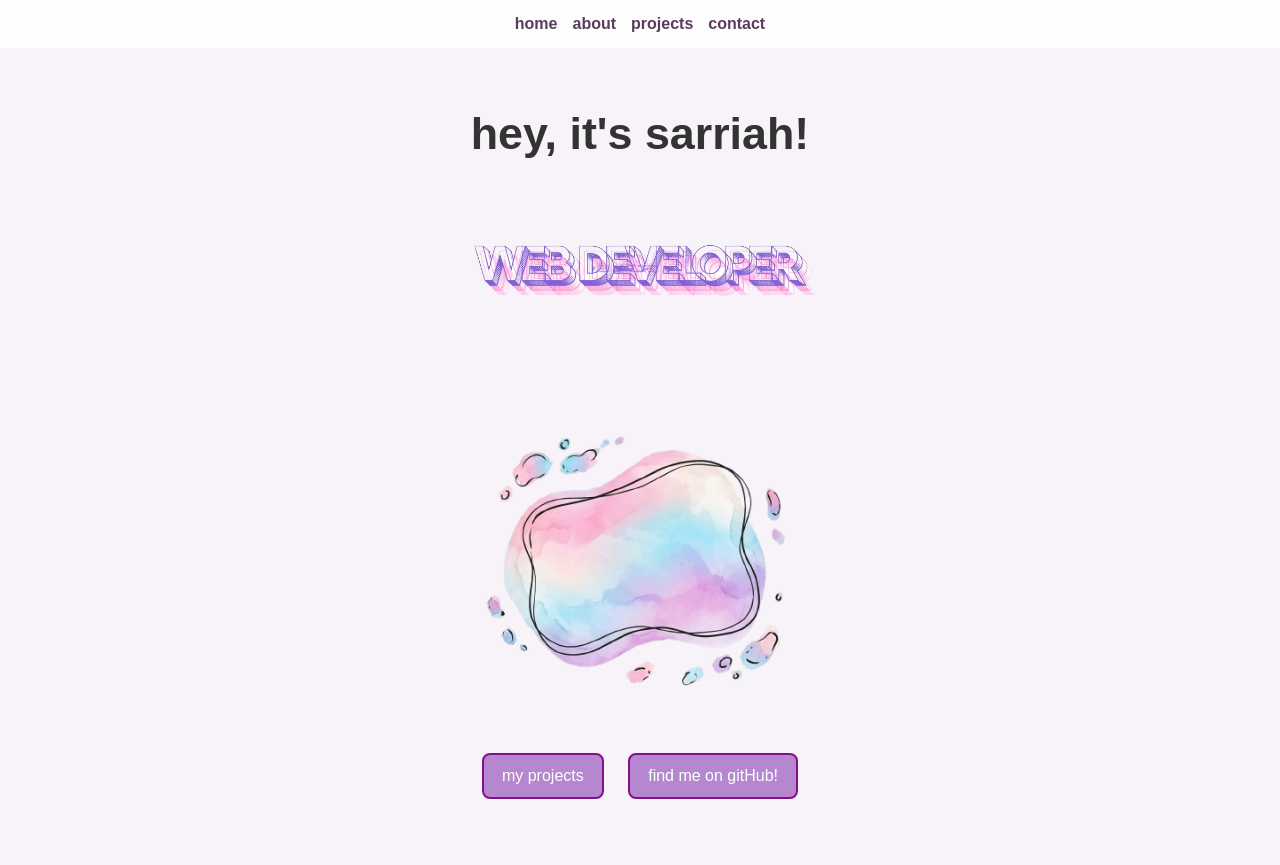
Repository: sarriah/sarriah
Page: index.html
An editor plug-in stored every save of this project. The page is shown before and after the next save, followed by the edit.
The browser window is 1280 px wide. The pictures show the whole page.

Above is the page before, as saved 2026-05-08 14:50:43.

### index.html
<!DOCTYPE html>
<html lang="en">
<head>
    <meta charset="UTF-8">
    <meta name="viewport" content="width=device-width, initial-scale=1.0">
    <title>sarriah's portfolio</title>

    <!-- CSS file link ) -->
    <link rel="stylesheet" href="styles/index.css">
</head>

<body>

    <nav>
        <!-- nav is good but fixing links later so they go to real sections instead of README PLUS fixing CSS-->
        <a class="navBar" href="README.md">home</a>
        <a class="navBar" href="README.md">about</a>
        <a class="navBar" href="README.md">projects</a>
        <a class="navBar" href="README.md">contact</a>
    </nav>

    <header>

        <h1 class="hey">hey, it's sarriah!</h1>

        <img class="webdev" src="../../assets/WEBDEV2.png" alt="web development icon">

        <!-- later you might want to style this differently so it doesn’t sit right (css issue)-->
        <img class="splash" src="../../assets/thankyouGEMINI.png" alt="abstract blob design">

        <!-- addign my picture ontop of the splash-->

        <!-- buttons are good but later i might want them inside a container or smt  for better layout control -->
        <button>my projects</button>
        <button>find me on gitHub!</button>
    </header>

    <main>
        <!-- content should eventually go here -->
        <p></p>
    </main>

    <footer>
        <!-- footer is fine but currently empty— could add smt small later -->
        <p></p>
    </footer>

</body>
</html>

### styles/index.css

/* doing mobile design FIRST because of issues with responsive design i think this will be better*/
body {
    margin: 0;
    font-family:  Arial, Verdana, sans-serif;
    background: #f7f3f9;
    color: #333;
    text-align: center;

       /* later i might switch to centered layout for a portfolio look */
}



.splash {

    width: 90%;
    max-width: 500px;
    margin: 20px auto;
    display: block;
    opacity: 0.9;
    /*using block display lets them sit less awkwardly */

}



.hey {
    font-size: 2.2em;
    margin: 20px 0;

     /* moved from left to center *//
}



.webdev {
    width: 80%;
    max-width: 300px;
    margin: 20px auto;
    display: block;

    /* max width instead of min width */
}



/* using nav tag instead of navBar class for formatting*/
nav {
    display: flex;
    justify-content: center;
    gap: 15px;
    padding: 15px;
    background: #ffffffcc;
    backdrop-filter: blur(5px);
    position: sticky;
    top: 0;
}

.navBar { /* the class is for the design not the formatting */
    text-decoration: none;
    color: #5a3d5c;
    font-weight: bold;
    font-size: 16px;
}


.navBar:hover {
    color: #b587cf;
}


header {
    padding: 40px 20px;
}


button { /* so those b1 and b2 classes from earlier were useless i forgot we could just use the selector lol*/
    background-color: #b587cf;
    border-width: 2px; /* modifying border using these 3 different border properties */
    border-style: solid;
    border-color: rgb(130, 15, 141);
    color: white;
    padding: 12px 18px;
    font-size: 16px;
    margin: 10px;
    border-radius: 8px;
    cursor: pointer;
    transition: 0.2s ease;
}

button:hover {
    background-color: #9f6fc0;
    transform: translateY(-2px);
}



/* new responsive design chrome dev tools tested lol */
/* Tablet  */
@media (min-width: 600px) {

    .hey {
        font-size: 2.8em;
    }

    .webdev {
        max-width: 350px;
    }
}

/* Desktop  */
@media (min-width: 900px) {

    header {
        max-width: 900px;
        margin: 0 auto;
    }

    .splash {
        max-width: 600px;
    }
}

After the next save:
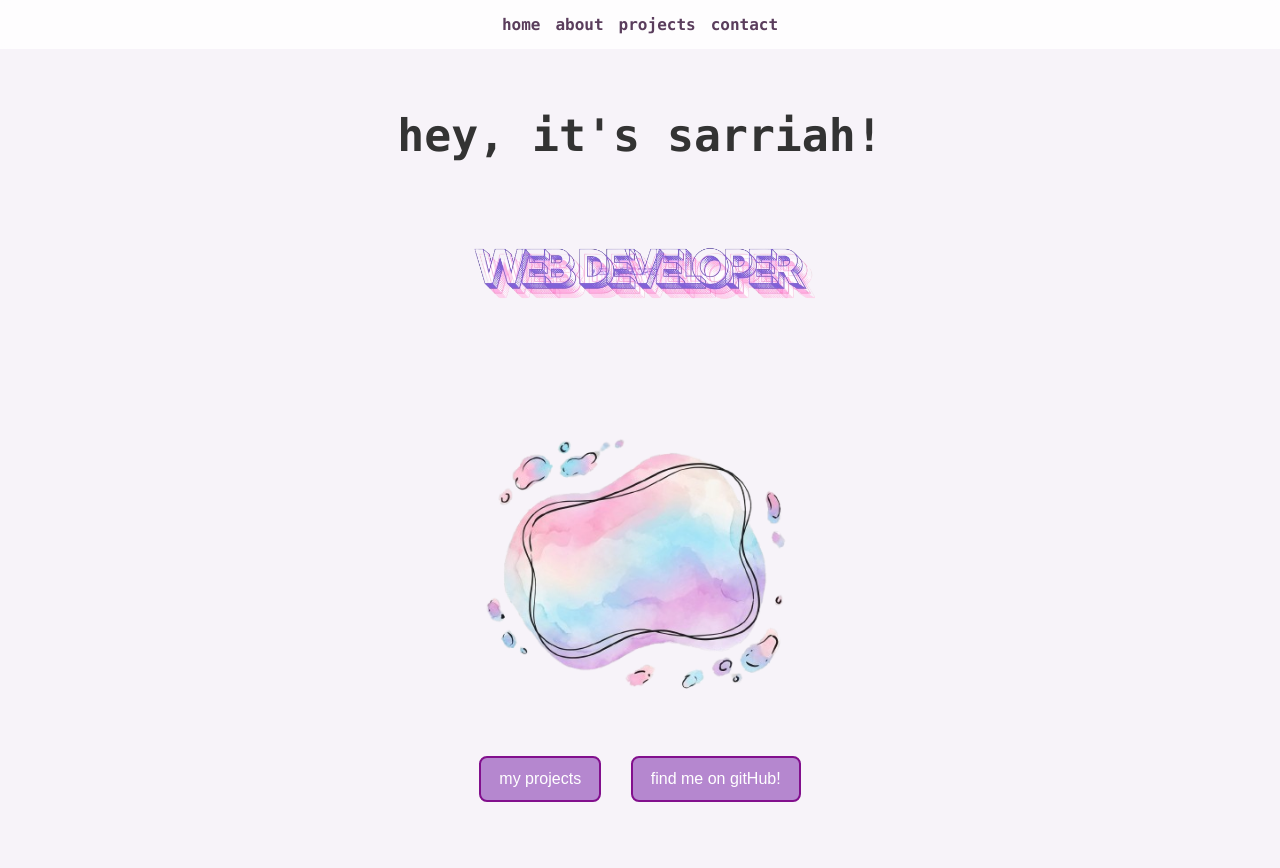
Saved 102 s later.
--- a/styles/index.css
+++ b/styles/index.css
@@ -2,7 +2,7 @@
 /* doing mobile design FIRST because of issues with responsive design i think this will be better*/
 body {
     margin: 0;
-    font-family:  Arial, Verdana, sans-serif;
+    font-family:  Consolas, Arial, Verdana, sans-serif;
     background: #f7f3f9;
     color: #333;
     text-align: center;
